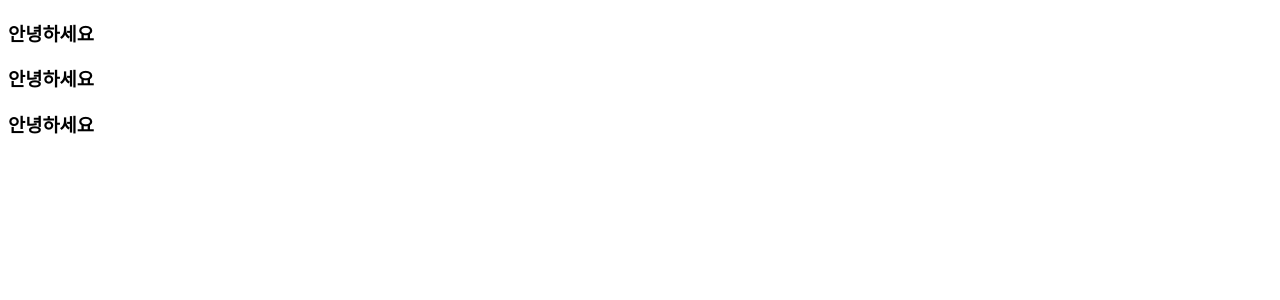
Repository: gwonjunsu95/html5
Page: html5/WebContent/day0504.html
These files come from the project's save history. The page is drawn as it stood at one moment and after the next save; the edit follows.
The browser window is 1280 px wide. The pictures show the whole page.

Above is the page before, as saved 2020-04-22 05:00:25.
Console error: SyntaxError: Identifier 'querys' has already been declared

### html5/WebContent/day0504.html
<!DOCTYPE html>
<html>
<head>
<meta charset="UTF-8">
<title>Insert title here</title>
</head>
<body>
	<h3>안녕하세요</h3>
	<h3 class = "text">안녕하세요</h3>
	<h3 class = "text">안녕하세요</h3>
	<script>
		let tags = document.getElementsByTagName("h3"); //단일 태그가 아닐시에는 배열로 리턴
		for(let i = 0; i < tags.length; i++){
			tags[i].innerText = "Hello";
			tags[i].style.background = "#00" + i*33 + "00";
		}

		let texts = document.getElementsByClassName("text");
		for(let i = 0; i < text.length; i++){
			texts[i].style.color = "white";
		}

// 		let query = document.querySelector("h3");
// 		query.innerText = "안녕하세요.";

		let querys = document.querySelectorAll("h3");
		for(let i = 0; i < querys.length; i++){
			querys[i].innerText = "자바스크립트";
		}

		let querys = document.querySelectorAll(".text");
		for(let i = 0; i < querys.length; i++){
			querys[i].style.fontSize = "30px";
		}
	</script>
</body>
</html>

After the next save:
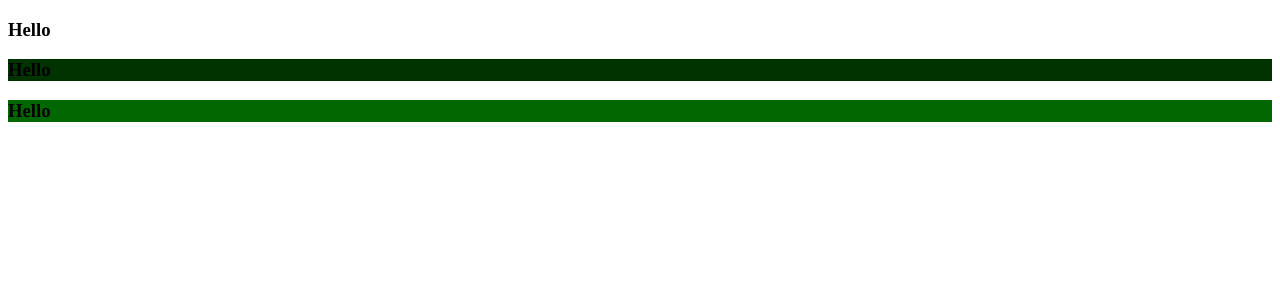
Console error: ReferenceError: text is not defined
Saved 23 s later.
--- a/html5/WebContent/day0504.html
+++ b/html5/WebContent/day0504.html
@@ -23,15 +23,15 @@
 // 		let query = document.querySelector("h3");
 // 		query.innerText = "안녕하세요.";
 
-		let querys = document.querySelectorAll("h3");
-		for(let i = 0; i < querys.length; i++){
-			querys[i].innerText = "자바스크립트";
-		}
+// 		let querys = document.querySelectorAll("h3");
+// 		for(let i = 0; i < querys.length; i++){
+// 			querys[i].innerText = "자바스크립트";
+// 		}
 
-		let querys = document.querySelectorAll(".text");
-		for(let i = 0; i < querys.length; i++){
-			querys[i].style.fontSize = "30px";
-		}
+// 		let querys = document.querySelectorAll(".text");
+// 		for(let i = 0; i < querys.length; i++){
+// 			querys[i].style.fontSize = "30px";
+// 		}
 	</script>
 </body>
 </html>
